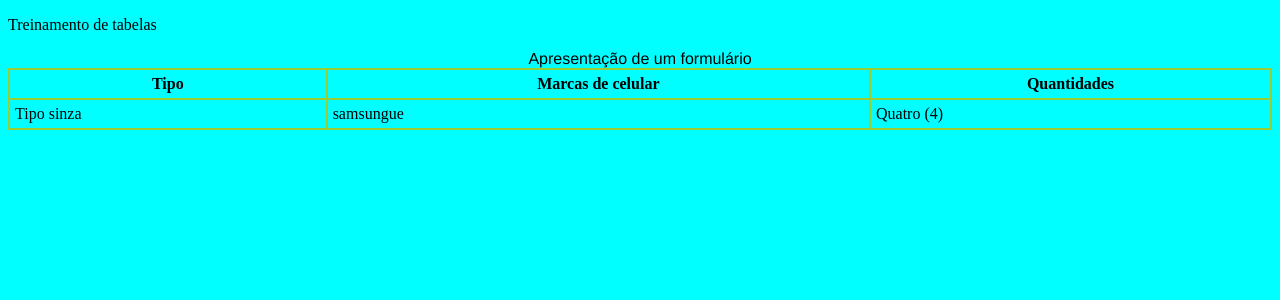
Repository: Vilmar-Freire/ESTUDOS-01-vilmar
Page: workspaces/SO-FIXAÇÃO-HTML/tabela.html
The author's editor kept a copy of each file at every save. The page is drawn from the files as they stood at one save, then again after a run of saves.
The browser window is 1280 px wide. The pictures show the whole page.

Above is the page before, as saved 2026-08-17 13:38:58.

After the next 4 saves:
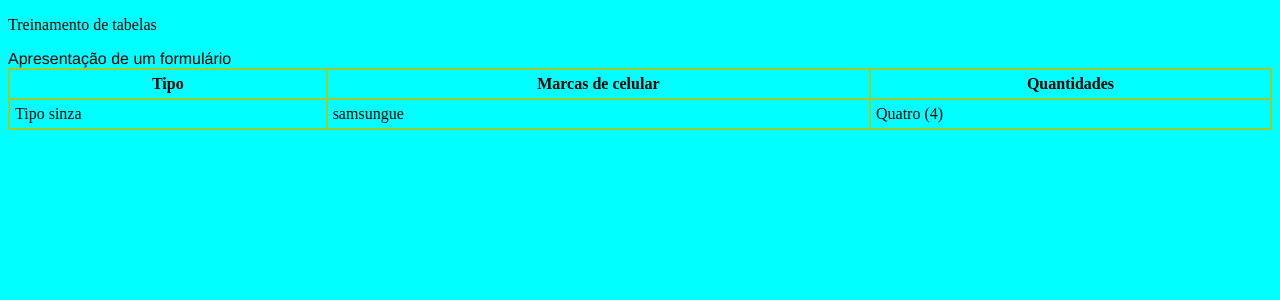
The 4 saves are shown as one change because they came seconds apart.
The last was saved 16 s later.
--- a/workspaces/SO-FIXAÇÃO-HTML/tabela.css
+++ b/workspaces/SO-FIXAÇÃO-HTML/tabela.css
@@ -18,5 +18,5 @@ caption{
 
 table caption{
     caption-side: top;
-
+    text-align: left;
 }
